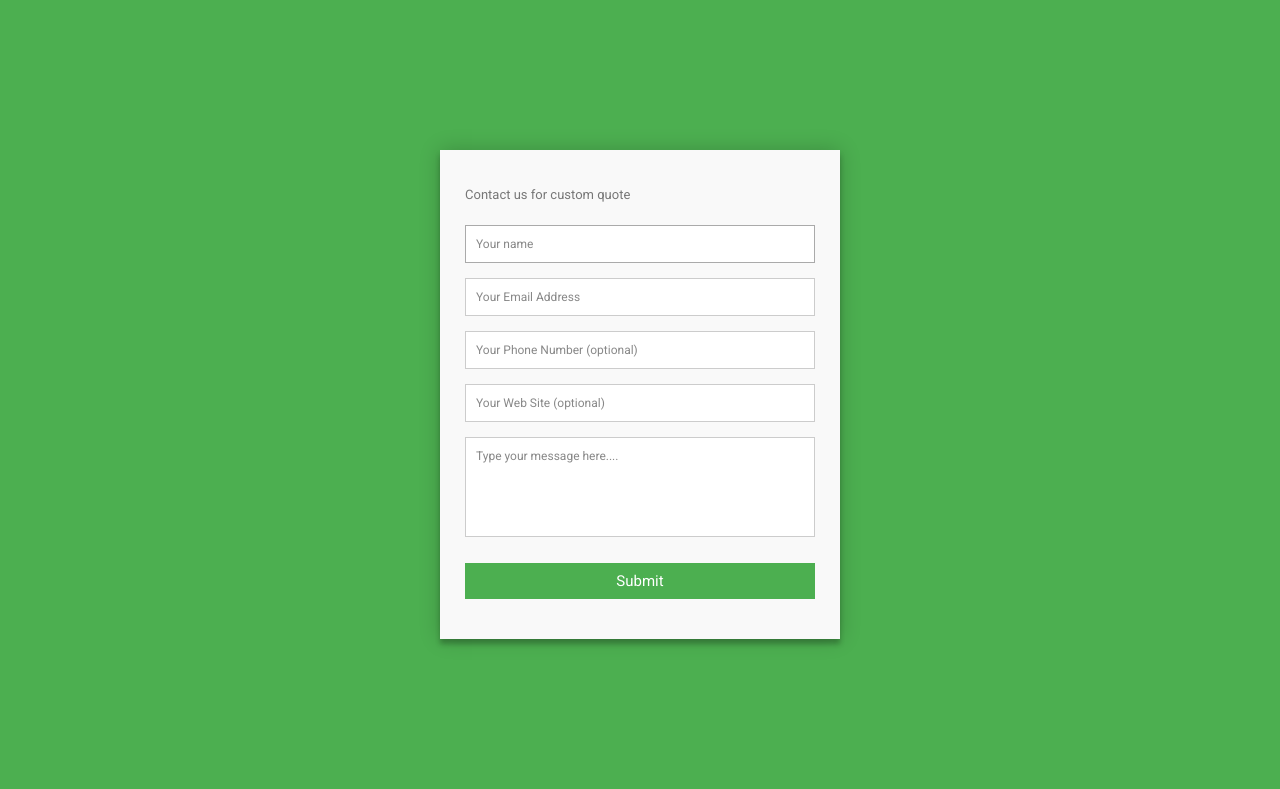
Repository: meta-pranjal-agrawal/software_fundamentals
Page: EAD/ead_assignment2/EADSession3/WebContent/Index.html
These files come from the project's save history. The page is drawn as it stood at one moment and after the next save; the edit follows.
The browser window is 1280 px wide. The pictures show the whole page.

Above is the page before, as saved 2020-02-01 10:31:57.

### EAD/ead_assignment2/EADSession3/WebContent/Index.html
<!DOCTYPE html>
<html>
<head>
<meta charset="ISO-8859-1">
<title>Student Registration Form</title>
<style>

@import url(https://fonts.googleapis.com/css?family=Roboto:400,300,600,400italic);
* {
  margin: 0;
  padding: 0;
  box-sizing: border-box;
  -webkit-box-sizing: border-box;
  -moz-box-sizing: border-box;
  -webkit-font-smoothing: antialiased;
  -moz-font-smoothing: antialiased;
  -o-font-smoothing: antialiased;
  font-smoothing: antialiased;
  text-rendering: optimizeLegibility;
}

body {
  font-family: "Roboto", Helvetica, Arial, sans-serif;
  font-weight: 100;
  font-size: 12px;
  line-height: 30px;
  color: #777;
  background: #4CAF50;
}

.container {
  max-width: 400px;
  width: 100%;
  margin: 0 auto;
  position: relative;
}

#contact input[type="text"],
#contact input[type="email"],
#contact input[type="tel"],
#contact input[type="url"],
#contact textarea,
#contact button[type="submit"] {
  font: 400 12px/16px "Roboto", Helvetica, Arial, sans-serif;
}

#contact {
  background: #F9F9F9;
  padding: 25px;
  margin: 150px 0;
  box-shadow: 0 0 20px 0 rgba(0, 0, 0, 0.2), 0 5px 5px 0 rgba(0, 0, 0, 0.24);
}

#contact h3 {
  display: block;
  font-size: 30px;
  font-weight: 300;
  margin-bottom: 10px;
}

#contact h4 {
  margin: 5px 0 15px;
  display: block;
  font-size: 13px;
  font-weight: 400;
}

fieldset {
  border: medium none !important;
  margin: 0 0 10px;
  min-width: 100%;
  padding: 0;
  width: 100%;
}

#contact input[type="text"],
#contact input[type="email"],
#contact input[type="tel"],
#contact input[type="url"],
#contact textarea {
  width: 100%;
  border: 1px solid #ccc;
  background: #FFF;
  margin: 0 0 5px;
  padding: 10px;
}

#contact input[type="text"]:hover,
#contact input[type="email"]:hover,
#contact input[type="tel"]:hover,
#contact input[type="url"]:hover,
#contact textarea:hover {
  -webkit-transition: border-color 0.3s ease-in-out;
  -moz-transition: border-color 0.3s ease-in-out;
  transition: border-color 0.3s ease-in-out;
  border: 1px solid #aaa;
}

#contact textarea {
  height: 100px;
  max-width: 100%;
  resize: none;
}

#contact button[type="submit"] {
  cursor: pointer;
  width: 100%;
  border: none;
  background: #4CAF50;
  color: #FFF;
  margin: 0 0 5px;
  padding: 10px;
  font-size: 15px;
}

#contact button[type="submit"]:hover {
  background: #43A047;
  -webkit-transition: background 0.3s ease-in-out;
  -moz-transition: background 0.3s ease-in-out;
  transition: background-color 0.3s ease-in-out;
}

#contact button[type="submit"]:active {
  box-shadow: inset 0 1px 3px rgba(0, 0, 0, 0.5);
}

.copyright {
  text-align: center;
}

#contact input:focus,
#contact textarea:focus {
  outline: 0;
  border: 1px solid #aaa;
}

::-webkit-input-placeholder {
  color: #888;
}

:-moz-placeholder {
  color: #888;
}

::-moz-placeholder {
  color: #888;
}

:-ms-input-placeholder {
  color: #888;
}
</style>
</head>
<body>
<div class="container">
 <form id="contact" action="" method="post">
   <h4>Contact us for custom quote</h4>
   <fieldset>
     <input placeholder="Your name" type="text" tabindex="1" required autofocus>
   </fieldset>
   <fieldset>
     <input placeholder="Your Email Address" type="email" tabindex="2" required>
   </fieldset>
   <fieldset>
     <input placeholder="Your Phone Number (optional)" type="tel" tabindex="3" required>
   </fieldset>
   <fieldset>
     <input placeholder="Your Web Site (optional)" type="url" tabindex="4" required>
   </fieldset>
   <fieldset>
     <textarea placeholder="Type your message here...." tabindex="5" required></textarea>
   </fieldset>
   <fieldset>
     <button name="submit" type="submit" id="contact-submit" data-submit="...Sending">Submit</button>
   </fieldset>

 </form>
</div>
</body>
</html>

After the next save:
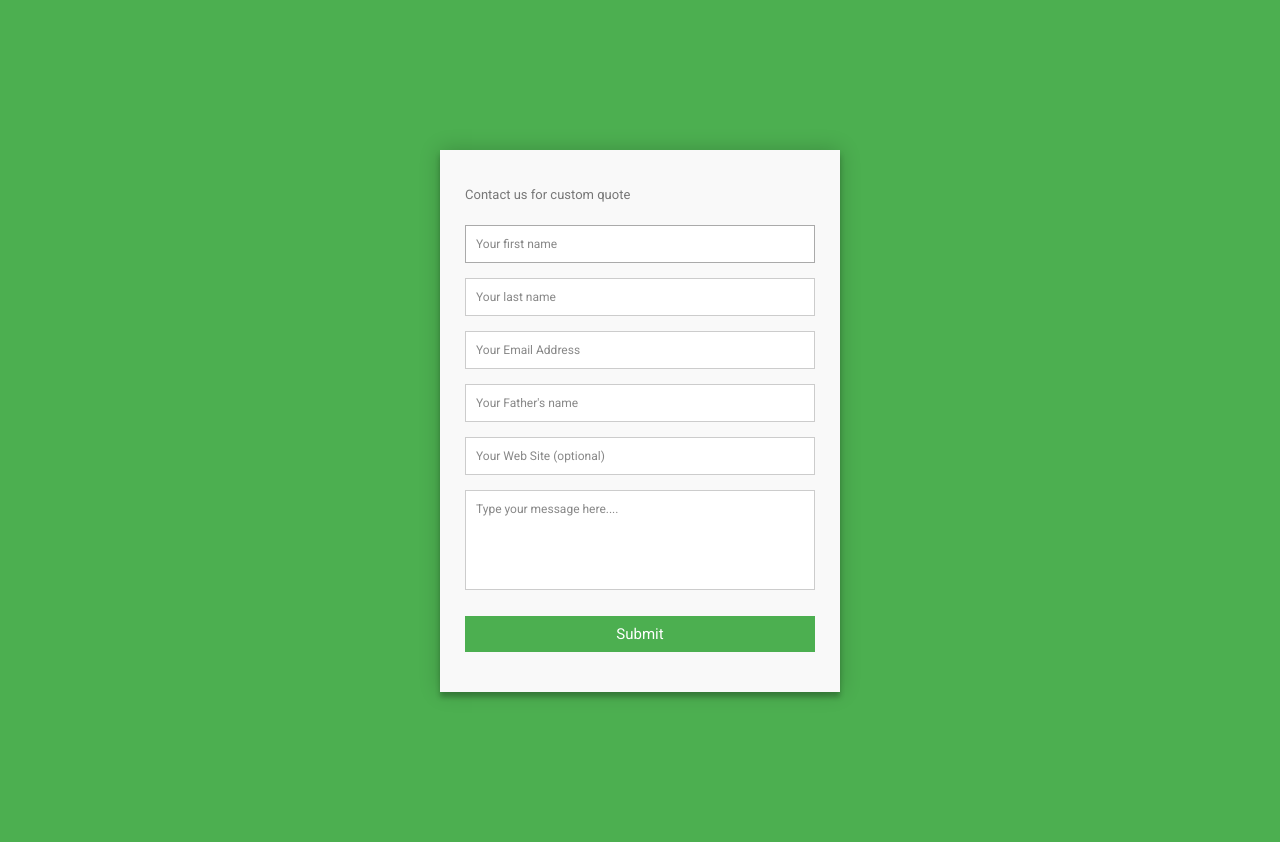
Saved 90 s later.
--- a/EAD/ead_assignment2/EADSession3/WebContent/Index.html
+++ b/EAD/ead_assignment2/EADSession3/WebContent/Index.html
@@ -156,13 +156,16 @@ fieldset {
  <form id="contact" action="" method="post">
    <h4>Contact us for custom quote</h4>
    <fieldset>
-     <input placeholder="Your name" type="text" tabindex="1" required autofocus>
+     <input placeholder="Your first name" type="text" tabindex="1" required autofocus id="firstname">
    </fieldset>
    <fieldset>
-     <input placeholder="Your Email Address" type="email" tabindex="2" required>
+     <input placeholder="Your last name" type="text" tabindex="1" required id="lastname">
    </fieldset>
    <fieldset>
-     <input placeholder="Your Phone Number (optional)" type="tel" tabindex="3" required>
+     <input placeholder="Your Email Address" type="email" tabindex="2" required id="email">
+   </fieldset>
+   <fieldset>
+     <input placeholder="Your Father's name" type="text" tabindex="3" required>
    </fieldset>
    <fieldset>
      <input placeholder="Your Web Site (optional)" type="url" tabindex="4" required>
